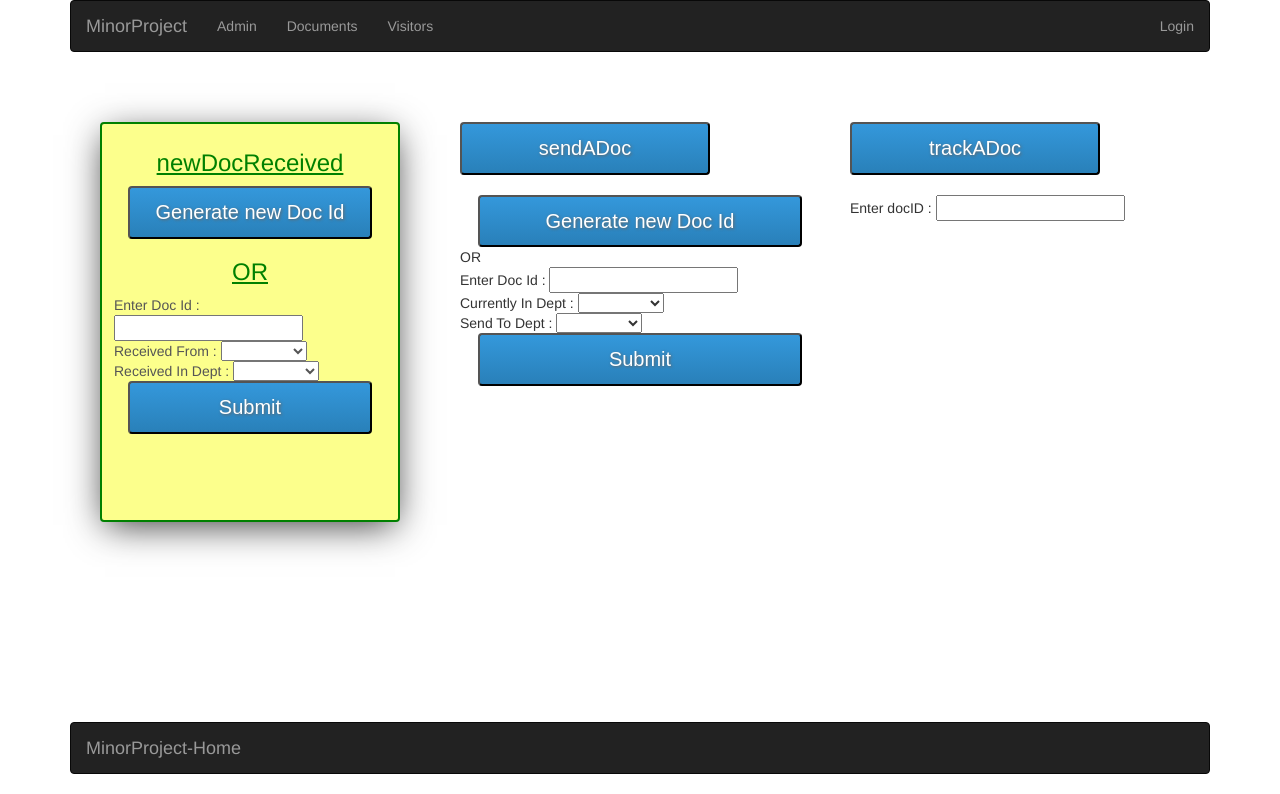
Repository: javaSingh/java
Page: http://localhost/minorProjectWithInder7thSem2/
An editor plug-in stored every save of this project. The page is shown before and after the next save, followed by the edit.
The browser window is 1280 px wide. The pictures show the whole page.
Some web libraries are served in a nearby version. The page is served by Tomcat 9.

Above is the page before, as saved 2014-10-21 09:43:12.

After the next save:
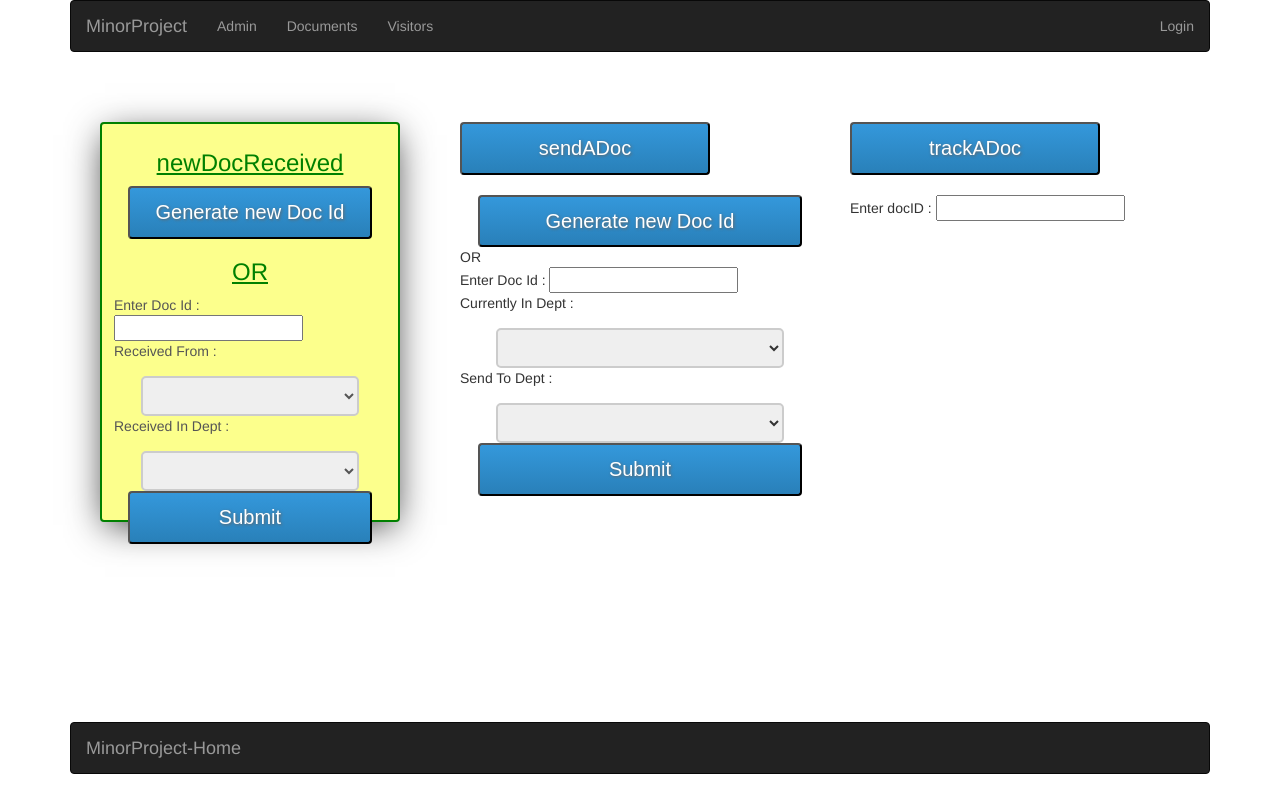
Saved 3 min 33 s later.
--- a/workspace/minorProjectWithInder7thSem2/WebContent/css/test.css
+++ b/workspace/minorProjectWithInder7thSem2/WebContent/css/test.css
@@ -83,7 +83,41 @@
 
 
 
-
+select
+{
+	font-size:20px;
+
+  margin-top:15px;
+
+  margin-left:10%;
+
+ // position:fixed;
+
+
+margin-top: 15px;
+top:10px;
+
+
+
+ width:80%;
+
+
+height:40px;
+
+
+
+  padding:5px;
+
+  border:2px solid #ccc;
+
+//-webkit-border-radius: 50px;
+
+border-radius: 5px;
+
+/* margin-bottom:-30px; */
+
+
+}
 
 
 [type=text]
